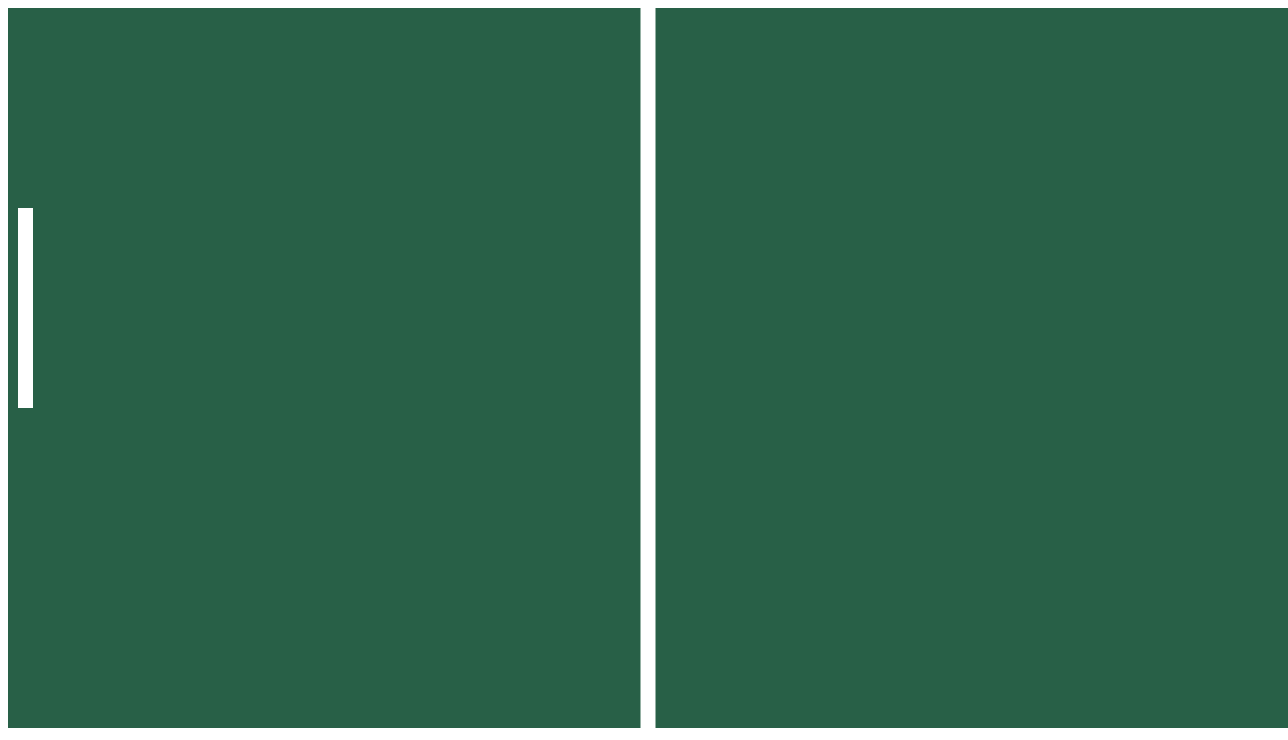
Repository: luizgaivaa/Game
Page: index.html
The author's editor kept a copy of each file at every save. The page is drawn from the files as they stood at one save, then again after the next save.
The browser window is 1280 px wide. The page is 1288 px wide, so the pictures cover 1288 px, including what lies to the right of the window. The pictures show the whole page.

Above is the page before, as saved 2024-03-26 15:52:20.

After the next save:
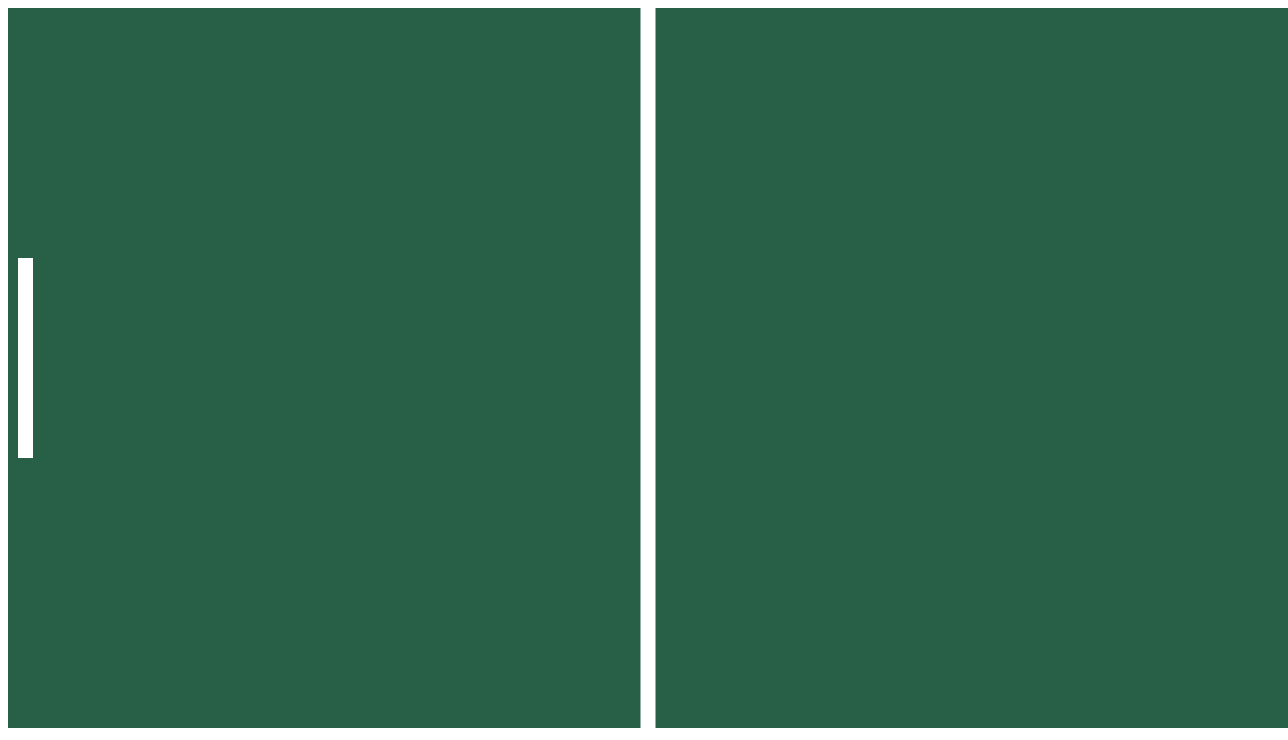
Saved 9 s later.
--- a/index.html
+++ b/index.html
@@ -28,7 +28,7 @@
             const h = window.innerHeight
 
             canvasCtx.fillRect(x,y,w,h)
-            canvasCtx.fillRect(10,200,lineWidth,200)
+            canvasCtx.fillRect(10,250,lineWidth,200)
         }
         setup()
         draw()
